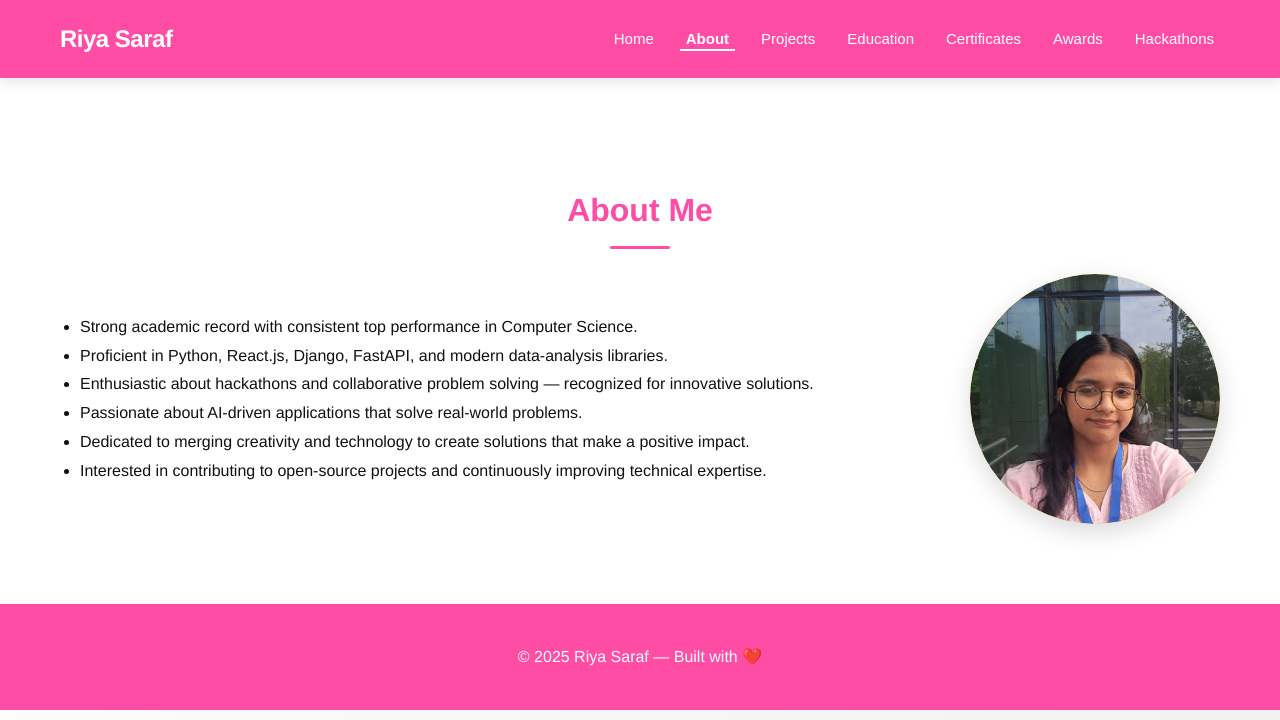
Repository: riyaaaa19/riya-portfolio
Page: /, after clicking the first element matching `nav > :nth-child(2)`
These files come from the project's save history. The page is drawn as it stood at one moment and after the next save; the edit follows.
The browser window is 1280 px wide. The pictures show the whole page.
The project was rebuilt for these pictures with package versions that can differ from the ones it lists, and the page was loaded fresh each time. Also part of the build but not shown: src/components/TimelineCard.js.

Above is the page before, as saved 2025-09-14 15:10:56.

After the next save:
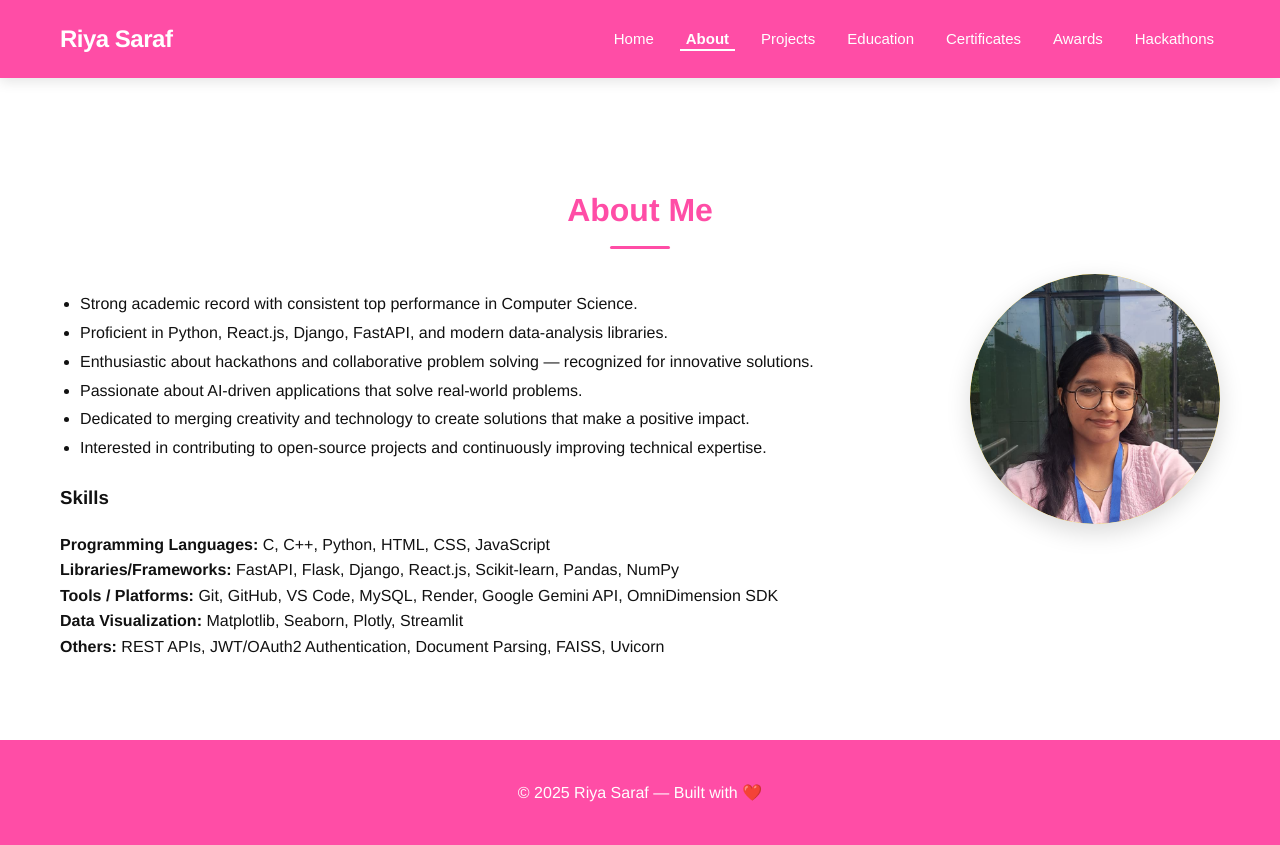
Saved 69 s later.
--- a/src/App.js
+++ b/src/App.js
@@ -188,20 +188,33 @@ export default function RiyaSarafPortfolio() {
         </section>
       )}
 
-      {/* ===== About Section ===== */}
-      {activePage === "about" && (
+{/* ===== About Section ===== */}
+{activePage === "about" && (
   <section className="about">
     <h2>About Me</h2>
-    <div className="about-container" style={{ display: "flex", alignItems: "center", gap: "40px", flexWrap: "wrap" }}>
-      {/* ✅ Left Side: Text Points */}
-      <ul style={{ flex: 1, listStyle: "disc", paddingLeft: "20px", lineHeight: "1.8" }}>
-        <li>Strong academic record with consistent top performance in Computer Science.</li>
-        <li>Proficient in Python, React.js, Django, FastAPI, and modern data-analysis libraries.</li>
-        <li>Enthusiastic about hackathons and collaborative problem solving — recognized for innovative solutions.</li>
-        <li>Passionate about AI-driven applications that solve real-world problems.</li>
-        <li>Dedicated to merging creativity and technology to create solutions that make a positive impact.</li>
-        <li>Interested in contributing to open-source projects and continuously improving technical expertise.</li>
-      </ul>
+    <div className="about-container" style={{ display: "flex", alignItems: "flex-start", gap: "40px", flexWrap: "wrap" }}>
+
+      {/* ✅ Left Side: Text Points + Skills */}
+      <div style={{ flex: 1 }}>
+        <ul style={{ listStyle: "disc", paddingLeft: "20px", lineHeight: "1.8" }}>
+          <li>Strong academic record with consistent top performance in Computer Science.</li>
+          <li>Proficient in Python, React.js, Django, FastAPI, and modern data-analysis libraries.</li>
+          <li>Enthusiastic about hackathons and collaborative problem solving — recognized for innovative solutions.</li>
+          <li>Passionate about AI-driven applications that solve real-world problems.</li>
+          <li>Dedicated to merging creativity and technology to create solutions that make a positive impact.</li>
+          <li>Interested in contributing to open-source projects and continuously improving technical expertise.</li>
+        </ul>
+
+        {/* ✅ Skills Section */}
+        <h3 style={{ marginTop: "20px" }}>Skills</h3>
+        <div style={{ lineHeight: "1.6" }}>
+          <strong>Programming Languages:</strong> C, C++, Python, HTML, CSS, JavaScript<br/>
+          <strong>Libraries/Frameworks:</strong> FastAPI, Flask, Django, React.js, Scikit-learn, Pandas, NumPy<br/>
+          <strong>Tools / Platforms:</strong> Git, GitHub, VS Code, MySQL, Render, Google Gemini API, OmniDimension SDK<br/>
+          <strong>Data Visualization:</strong> Matplotlib, Seaborn, Plotly, Streamlit<br/>
+          <strong>Others:</strong> REST APIs, JWT/OAuth2 Authentication, Document Parsing, FAISS, Uvicorn
+        </div>
+      </div>
 
       {/* ✅ Right Side: About Image */}
       <div className="about-img" style={{ flex: "0 0 250px", textAlign: "center" }}>
@@ -219,6 +232,7 @@ export default function RiyaSarafPortfolio() {
 
 
 
+
       {/* ===== Other Sections Unchanged ===== */}
       {activePage === "projects" && (
         <section>
